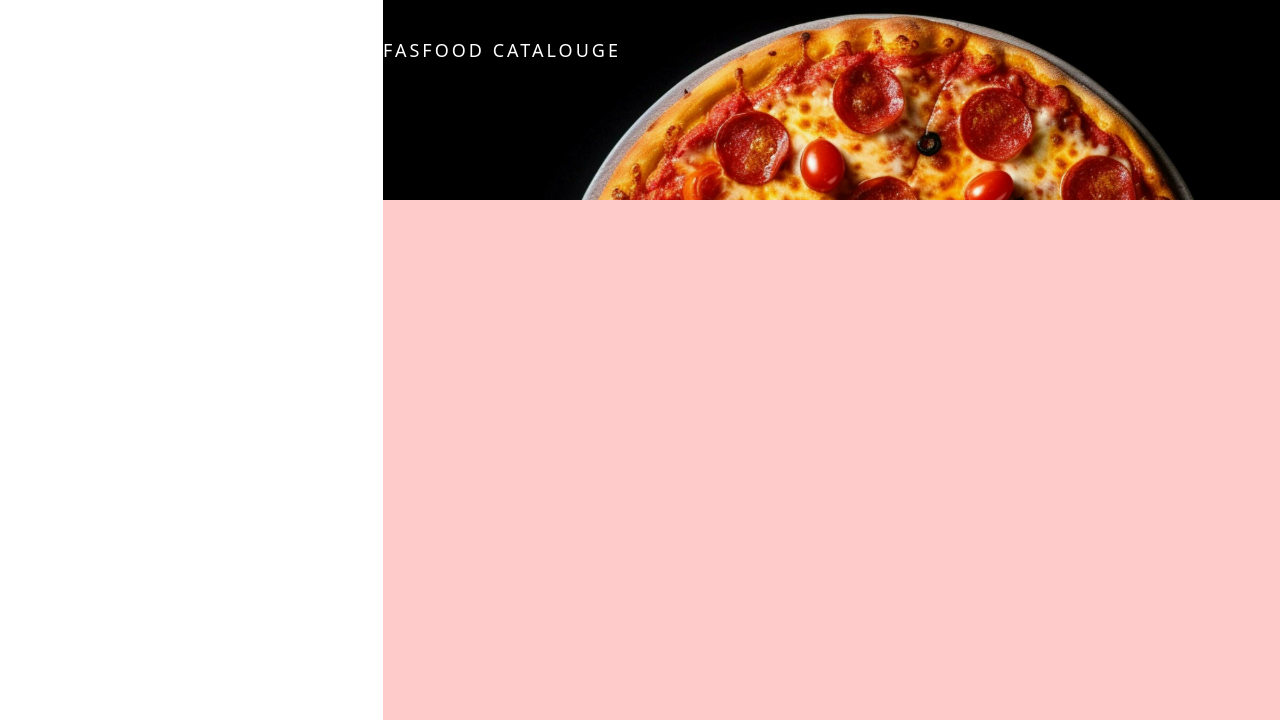
Repository: zahranaserii/FastFoodProject
Page: /
An editor plug-in stored every save of this project. The page is shown before and after the next save, followed by the edit.
The browser window is 1280 px wide. The pictures show the whole page.
The project was rebuilt for these pictures with package versions that can differ from the ones it lists, and the page was loaded fresh each time.

Above is the page before, as saved 2023-11-17 11:29:35.

### public/index.html
<!DOCTYPE html>
<html lang="fa" dir="rtl">
  <head>
    <meta charset="utf-8" />
    <meta name="viewport" content="width=device-width, initial-scale=1" />
    <meta name="theme-color" content="#000000" />
    <meta
      name="description"
      content="Web site created using create-react-app"
    />
    <link rel="apple-touch-icon" href="%PUBLIC_URL%/logo192.png" />
    <!--
      manifest.json provides metadata used when your web app is installed on a
      user's mobile device or desktop. See https://developers.google.com/web/fundamentals/web-app-manifest/
    -->
    <link rel="manifest" href="%PUBLIC_URL%/manifest.json" />
    <!--
      Notice the use of %PUBLIC_URL% in the tags above.
      It will be replaced with the URL of the `public` folder during the build.
      Only files inside the `public` folder can be referenced from the HTML.

      Unlike "/favicon.ico" or "favicon.ico", "%PUBLIC_URL%/favicon.ico" will
      work correctly both with client-side routing and a non-root public URL.
      Learn how to configure a non-root public URL by running `npm run build`.
    -->
    <title>React App</title>
  </head>
  <body>
    <noscript>You need to enable JavaScript to run this app.</noscript>
    <div id="root"></div>
    <!--
      This HTML file is a template.
      If you open it directly in the browser, you will see an empty page.

      You can add webfonts, meta tags, or analytics to this file.
      The build step will place the bundled scripts into the <body> tag.

      To begin the development, run `npm start` or `yarn start`.
      To create a production bundle, use `npm run build` or `yarn build`.
    -->
  </body>
</html>

### src/App.js
import "./App.css";
import Header from "./Header/Header";

function App() {
  return (
    <div className="bg-red-200 max-w-5xl container">
      <Header />
    </div>
  );
}

export default App;

### src/Header/Header.jsx
import React from "react";
import "./header.css";
const Header = () => {
  return (
    <header className="bg-cover">
      <div className=" pt-9">
        <h1 className="text-white text-lg text-end uppercase">
          fasfood catalouge
        </h1>
      </div>
    </header>
  );
};

export default Header;

### src/Header/header.css
header {
  height: 200px;
  background: url("../assets/images/of-pizza-with-no-background-free-photo.jpg");
  letter-spacing: 3px;
}

Loaded but not shown: src/index.js (common file); src/index.css (common file); src/App.css (common file); tailwind.config.js (common file)

After the next save:
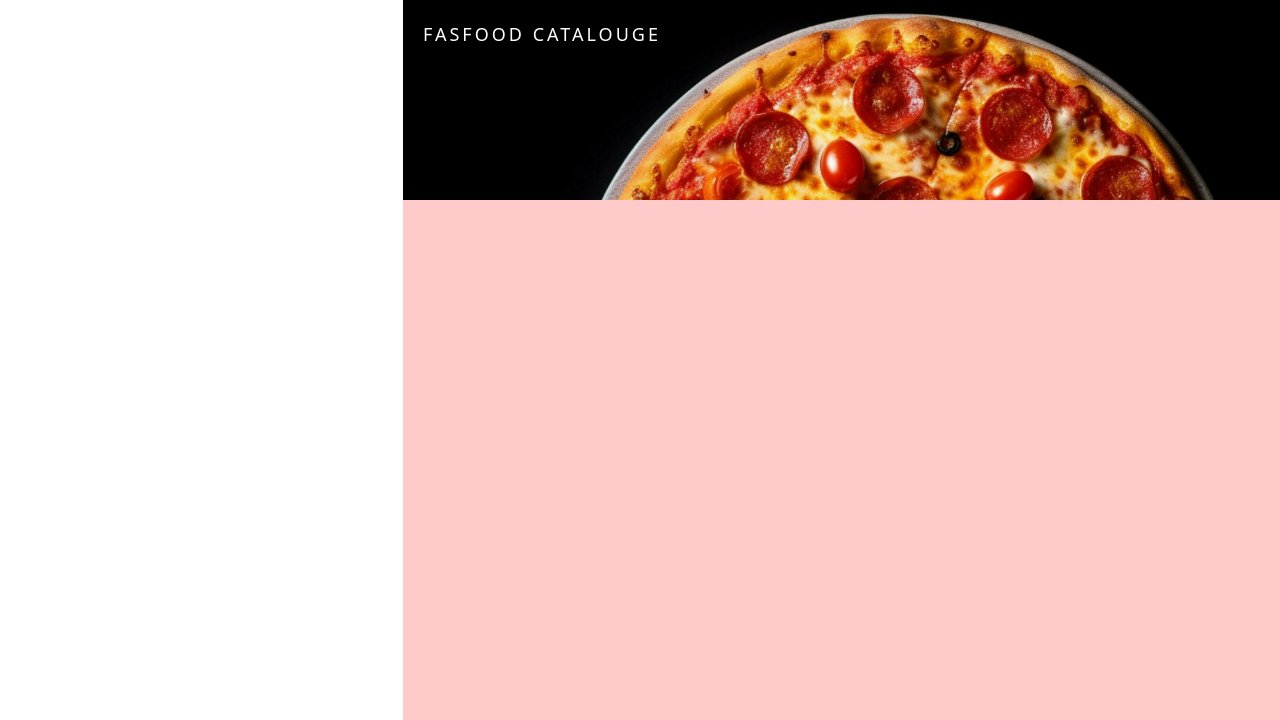
Saved 17 s later.
--- a/src/Header/Header.jsx
+++ b/src/Header/Header.jsx
@@ -3,7 +3,7 @@ import "./header.css";
 const Header = () => {
   return (
     <header className="bg-cover">
-      <div className=" pt-9">
+      <div className="p-5">
         <h1 className="text-white text-lg text-end uppercase">
           fasfood catalouge
         </h1>
